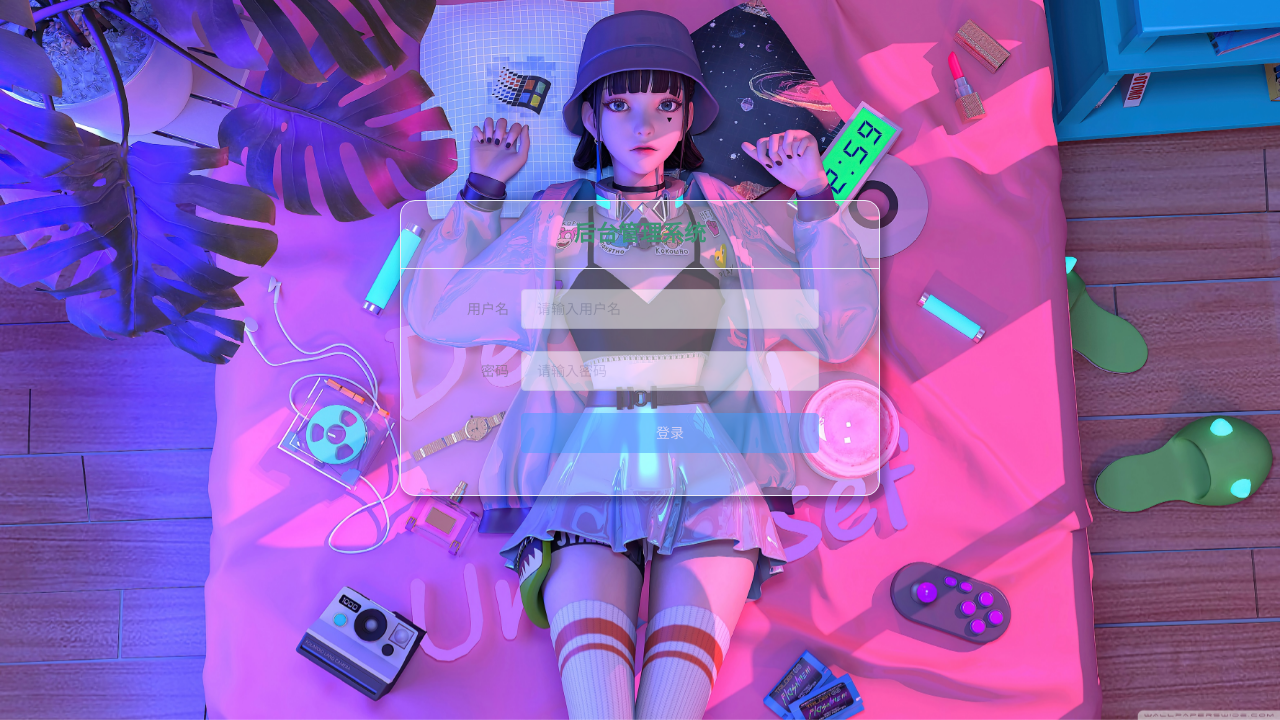
Repository: wuder-jie/Manager-System
Page: /
These files come from the project's save history. The page is drawn as it stood at one moment and after the next save; the edit follows.
The browser window is 1280 px wide. The pictures show the whole page.
The project was rebuilt for these pictures with package versions that can differ from the ones it lists, and the page was loaded fresh each time. Also part of the build but not shown: vue.config.js.

Above is the page before, as saved 2022-11-27 18:54:42.

After the next save:
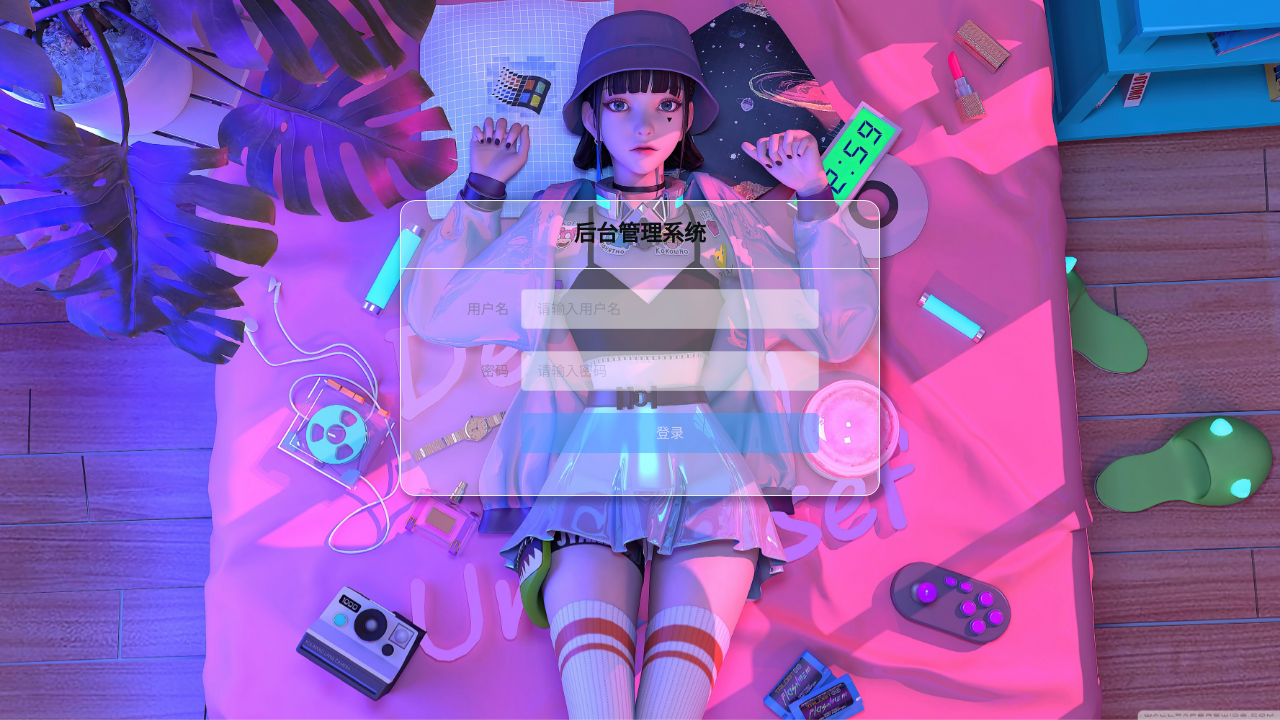
Saved 41 s later.
--- a/src/pages/login/index.vue
+++ b/src/pages/login/index.vue
@@ -152,7 +152,7 @@ export default {
   .clearfix span {
     font-size: 22px;
     font-weight: 600;
-    color: rgb(63, 147, 119);
+    color: rgb(11, 17, 15);
   }
 
   .clearfix:before,
